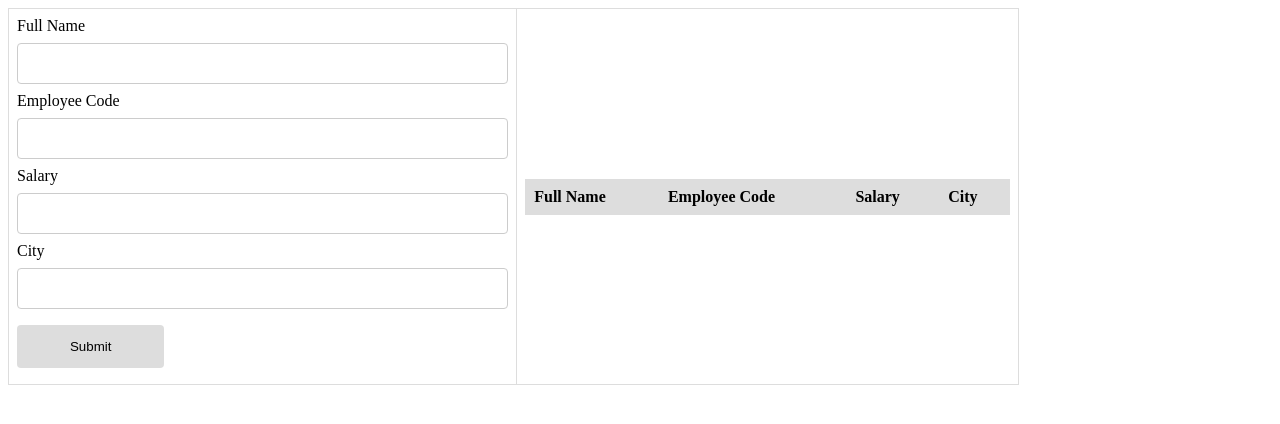
Repository: JohnRudolph1/CRUD-App
Page: index.html
These files come from the project's save history. The page is drawn as it stood at one moment and after the next save; the edit follows.
The browser window is 1280 px wide. The pictures show the whole page.

Above is the page before, as saved 2021-12-10 22:32:01.

### index.html
<!DOCTYPE html>
<html lang="en">

<head>
    <meta charset="UTF-8">
    <meta http-equiv="X-UA-Compatible" content="IE=edge">
    <meta name="viewport" content="width=device-width, initial-scale=1.0">
    <link rel="stylesheet" href="stylles.css">

    <title>Document</title>
</head>

<body>



    <table>
        <tr>
            <td>
                <form onsubmit="event.preventDefault();onFormSubmit();" autocomplete="off">
                    <div>
                        <label>Full Name</label>
                        <input type="text" name="fullName" id="fullName">
                    </div>
                    <div>
                        <label>Employee Code</label>
                        <input type="text" name="empCode" id="empCode">
                    </div>
                    <div>
                        <label>Salary</label>
                        <input type="text" name="salary" id="salary">
                    </div>
                    <div>
                        <label>City</label>
                        <input type="text" name="city" id="city">
                    </div>
                    <div class="form action buttons">
                        <input type="submit" value="Submit">
                    </div>

                </form>
            </td>
            <td>
                <table class="list" id="employeeList">
                    <thead>
                        <tr>
                            <th>Full Name</th>
                            <th>Employee Code</th>
                            <th>Salary</th>
                            <th>City</th>
                        </tr>
                    </thead>
                    <tbody>

                    </tbody>
                </table>
            </td>
        </tr>
    </table>


    <script src="script.js"></script>

</body>

</html>

### stylles.css
body > table{
    width: 80%;
}

table{
    border-collapse: collapse;
}
table.list{
    width:100%;
}

td, th {
    border: 1px solid #dddddd;
    text-align: left;
    padding: 8px;
}
tr:nth-child(even),table.list thead>tr {
    background-color: #dddddd;
}

input[type=text], input[type=number] {
    width: 100%;
    padding: 12px 20px;
    margin: 8px 0;
    display: inline-block;
    border: 1px solid #ccc;
    border-radius: 4px;
    box-sizing: border-box;
}

input[type=submit]{
    width: 30%;
    background-color: #ddd;
    color: #000;
    padding: 14px 20px;
    margin: 8px 0;
    border: none;
    border-radius: 4px;
    cursor: pointer;
}

form div.form-action-buttons{
    text-align: right;
}

a{
    cursor: pointer;
    text-decoration: underline;
    color: #0000ee;
    margin-right: 4px;
}

label.validation-error{
    color:   red;
    margin-left: 5px;
}

.hide{
    display:none;
}

### script.js
// var selectedRow = null

function onFormSubmit() {
    if (validate()) {
        var formData = readFormData();
        if (selectedRow == null)
            insertNewRecord(formData);
        else
            updateRecord(formData);
        resetForm();
    }
}

function readFormData() {
    var formData = {};
    formData["fullName"] = document.getElementById("fullName").value;
    formData["empCode"] = document.getElementById("empCode").value;
    formData["salary"] = document.getElementById("salary").value;
    formData["city"] = document.getElementById("city").value;
    return formData;
}

function insertNewRecord(data) {
    var table = document.getElementById("employeeList").getElementsByTagName('tbody')[0];
    var newRow = table.insertRow(table.length);
    cell1 = newRow.insertCell(0);
    cell1.innerHTML = data.fullName;
    cell2 = newRow.insertCell(1);
    cell2.innerHTML = data.empCode;
    cell3 = newRow.insertCell(2);
    cell3.innerHTML = data.salary;
    cell4 = newRow.insertCell(3);
    cell4.innerHTML = data.city;
    cell4 = newRow.insertCell(4);
    cell4.innerHTML = `<a onClick="onEdit(this)">Edit</a>
                       <a onClick="onDelete(this)">Delete</a>`;
}

function resetForm() {
    document.getElementById("fullName").value = "";
    document.getElementById("empCode").value = "";
    document.getElementById("salary").value = "";
    document.getElementById("city").value = "";
    selectedRow = null;
}

function onEdit(td) {
    selectedRow = td.parentElement.parentElement;
    document.getElementById("fullName").value = selectedRow.cells[0].innerHTML;
    document.getElementById("empCode").value = selectedRow.cells[1].innerHTML;
    document.getElementById("salary").value = selectedRow.cells[2].innerHTML;
    document.getElementById("city").value = selectedRow.cells[3].innerHTML;
}
function updateRecord(formData) {
    selectedRow.cells[0].innerHTML = formData.fullName;
    selectedRow.cells[1].innerHTML = formData.empCode;
    selectedRow.cells[2].innerHTML = formData.salary;
    selectedRow.cells[3].innerHTML = formData.city;
}

function onDelete(td) {
    if (confirm('Are you sure to delete this record ?')) {
        row = td.parentElement.parentElement;
        document.getElementById("employeeList").deleteRow(row.rowIndex);
        resetForm();
    }
}
function validate() {
    isValid = true;
    if (document.getElementById("fullName").value == "") {
        isValid = false;
        document.getElementById("fullNameValidationError").classList.remove("hide");
    } else {
        isValid = true;
        if (!document.getElementById("fullNameValidationError").classList.contains("hide"))
            document.getElementById("fullNameValidationError").classList.add("hide");
    }
    return isValid;
}

After the next save:
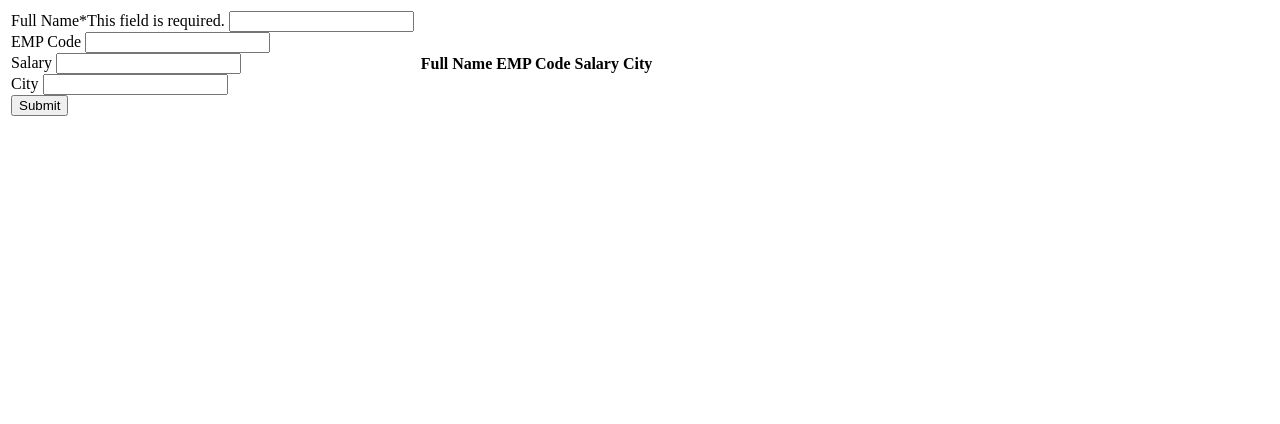
Not found: styles.css
Saved 16 s later.
--- a/index.html
+++ b/index.html
@@ -1,29 +1,24 @@
 <!DOCTYPE html>
-<html lang="en">
+<html>
 
 <head>
-    <meta charset="UTF-8">
-    <meta http-equiv="X-UA-Compatible" content="IE=edge">
-    <meta name="viewport" content="width=device-width, initial-scale=1.0">
-    <link rel="stylesheet" href="stylles.css">
-
-    <title>Document</title>
+    <title>
+        Html CRUD with Pure JavaScript
+    </title>
+    <link rel="stylesheet" href="styles.css">
 </head>
 
 <body>
-
-
-
     <table>
         <tr>
             <td>
                 <form onsubmit="event.preventDefault();onFormSubmit();" autocomplete="off">
                     <div>
-                        <label>Full Name</label>
+                        <label>Full Name*</label><label class="validation-error hide" id="fullNameValidationError">This field is required.</label>
                         <input type="text" name="fullName" id="fullName">
                     </div>
                     <div>
-                        <label>Employee Code</label>
+                        <label>EMP Code</label>
                         <input type="text" name="empCode" id="empCode">
                     </div>
                     <div>
@@ -34,10 +29,9 @@
                         <label>City</label>
                         <input type="text" name="city" id="city">
                     </div>
-                    <div class="form action buttons">
+                    <div  class="form-action-buttons">
                         <input type="submit" value="Submit">
                     </div>
-
                 </form>
             </td>
             <td>
@@ -45,9 +39,10 @@
                     <thead>
                         <tr>
                             <th>Full Name</th>
-                            <th>Employee Code</th>
+                            <th>EMP Code</th>
                             <th>Salary</th>
                             <th>City</th>
+                            <th></th>
                         </tr>
                     </thead>
                     <tbody>
@@ -57,10 +52,7 @@
             </td>
         </tr>
     </table>
-
-
     <script src="script.js"></script>
-
 </body>
 
 </html>

After the 2 saves that followed:
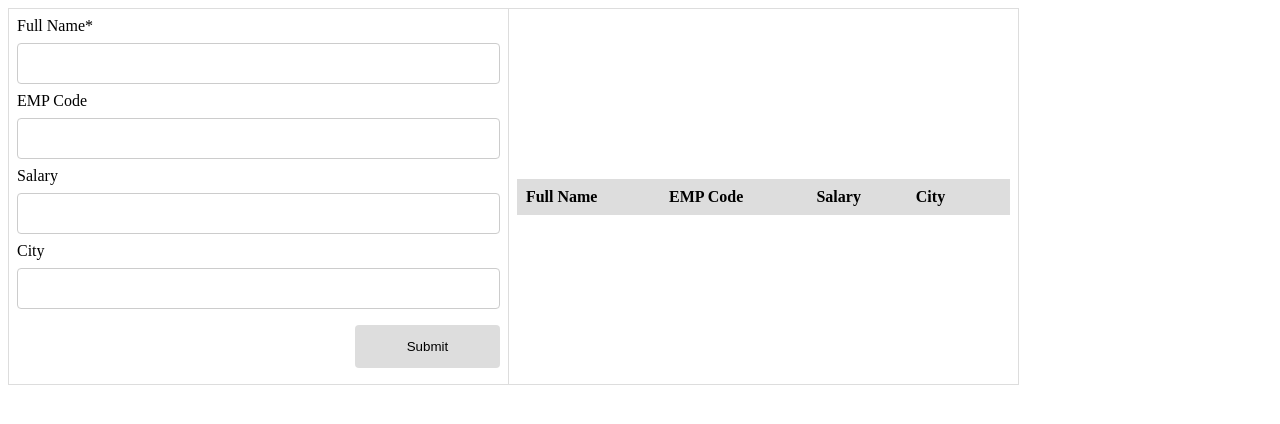
The 2 saves are shown as one change because 1 left the picture as it was.
The last was saved 20 s later.
--- a/index.html
+++ b/index.html
@@ -5,7 +5,7 @@
     <title>
         Html CRUD with Pure JavaScript
     </title>
-    <link rel="stylesheet" href="styles.css">
+    <link rel="stylesheet" href="stylles.css">
 </head>
 
 <body>
@@ -14,7 +14,8 @@
             <td>
                 <form onsubmit="event.preventDefault();onFormSubmit();" autocomplete="off">
                     <div>
-                        <label>Full Name*</label><label class="validation-error hide" id="fullNameValidationError">This field is required.</label>
+                        <label>Full Name*</label><label class="validation-error hide" id="fullNameValidationError">This
+                            field is required.</label>
                         <input type="text" name="fullName" id="fullName">
                     </div>
                     <div>
@@ -29,7 +30,7 @@
                         <label>City</label>
                         <input type="text" name="city" id="city">
                     </div>
-                    <div  class="form-action-buttons">
+                    <div class="form-action-buttons">
                         <input type="submit" value="Submit">
                     </div>
                 </form>
